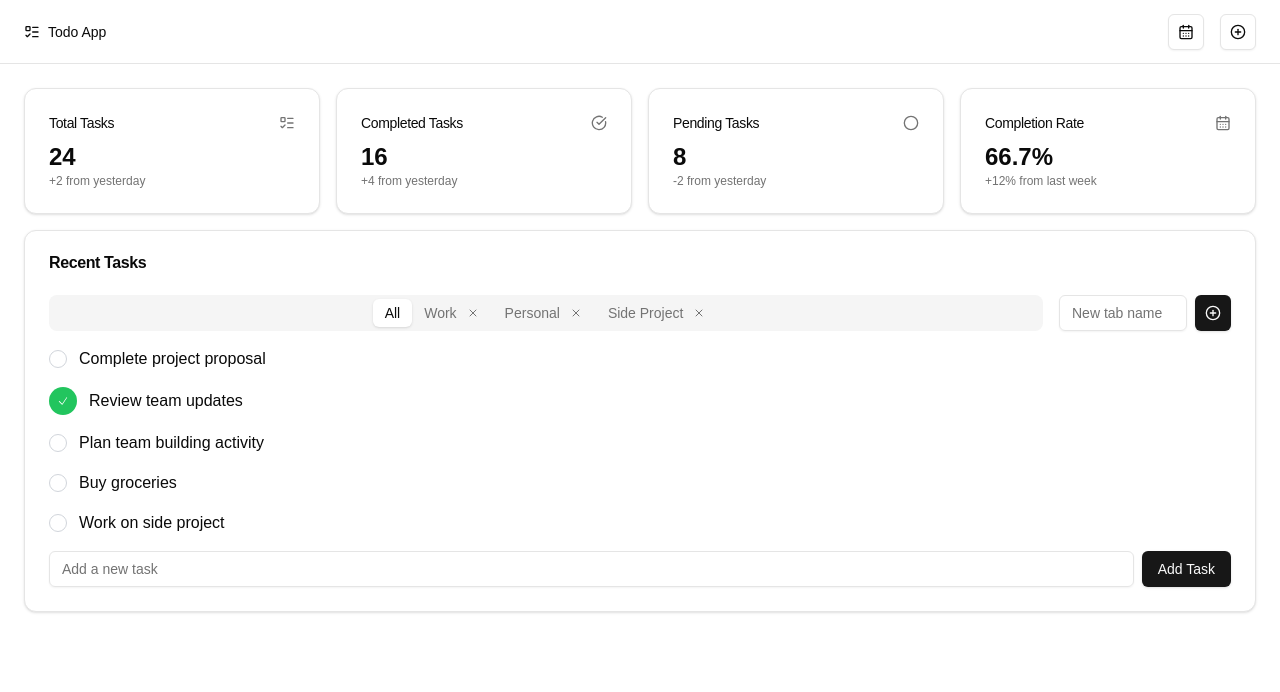
Repository: malikbarbier7/better-todo
Page: /dashboard
An editor plug-in stored every save of this project. The page is shown before and after the next save, followed by the edit.
The browser window is 1280 px wide. The pictures show the whole page.
The project was rebuilt for these pictures with package versions that can differ from the ones it lists, and the page was loaded fresh each time. The framework's server and built-in components were replaced by stand-ins that run in the browser. Also part of the build but not shown: next.config.js, next.config.mjs.

Above is the page before, as saved 2024-10-04 10:13:33.

After the next save:
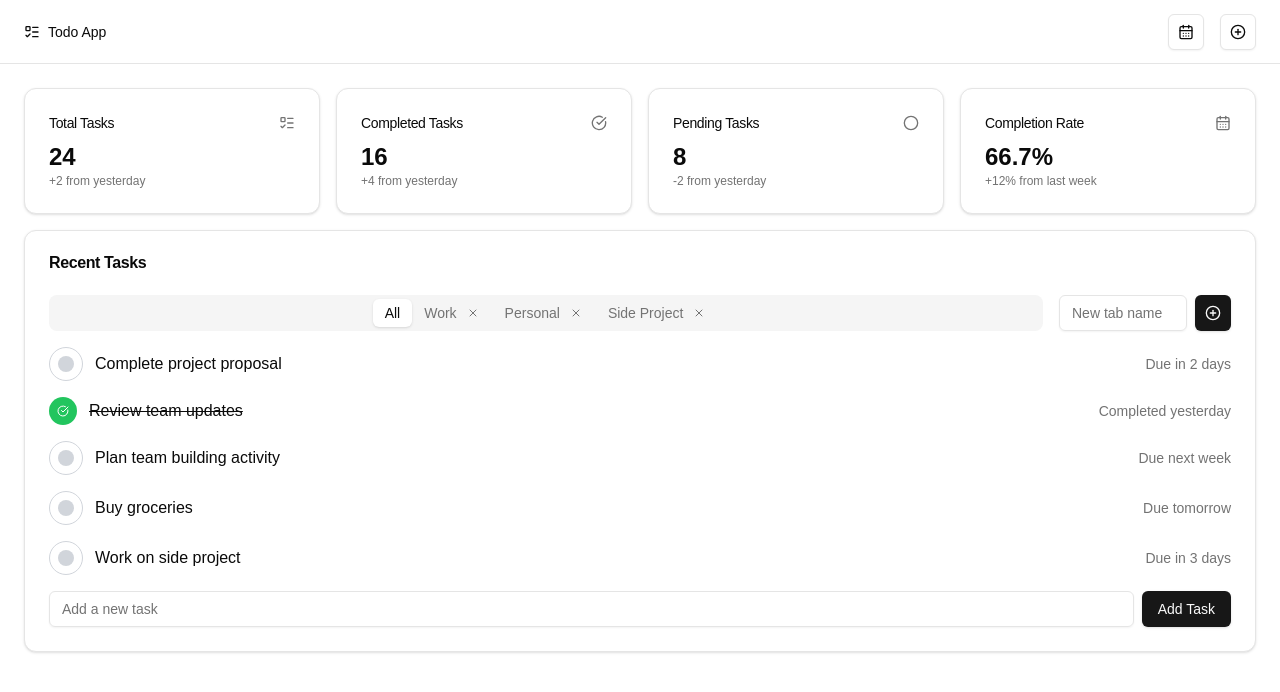
Saved 2 min 22 s later.
--- a/components/dashboard.tsx
+++ b/components/dashboard.tsx
@@ -7,7 +7,6 @@ import { Input } from "@/components/ui/input"
 import { Tabs, TabsContent, TabsList, TabsTrigger } from "@/components/ui/tabs"
 import { CalendarDays, CheckCircle, Circle, ListTodo, PlusCircle, X } from "lucide-react"
 import { Tasks } from '../types'; // Adjust the import path as needed
-import { CheckIcon } from '@heroicons/react/24/solid';
 
 export function Dashboard() {
   const [tabs, setTabs] = React.useState(['All', 'Work', 'Personal', 'Side Project'])
@@ -73,8 +72,16 @@ export function Dashboard() {
     }
   }
 
-  const handleTaskStatusChange = (taskId: string, status: 'complete' | 'incomplete') => {
-    // Implement task status change logic here
+  const handleTaskStatusChange = (taskId: string, newStatus: 'completed' | 'pending') => {
+    setTasks(prevTasks => {
+      const updatedTasks = { ...prevTasks };
+      for (const category in updatedTasks) {
+        updatedTasks[category as keyof typeof updatedTasks] = updatedTasks[category as keyof typeof updatedTasks].map(task =>
+          task.id.toString() === taskId ? { ...task, status: newStatus } : task
+        );
+      }
+      return updatedTasks;
+    });
   };
 
   return (
@@ -186,23 +193,26 @@ export function Dashboard() {
                   <div className="space-y-4">
                     {(tasks[tab as keyof typeof tasks] ?? []).map((task) => (
                       <div key={task.id} className="flex items-center">
-                        {task.status === 'completed' ? (
-                          <button
-                            className="p-2 bg-green-500 text-white rounded-full"
-                            onClick={() => handleTaskStatusChange(task.id.toString(), 'incomplete')}
-                          >
-                            <CheckIcon className="w-3 h-3" />
-                          </button>
-                        ) : (
-                          <button
-                            className="p-2 border border-gray-300 rounded-full"
-                            onClick={() => handleTaskStatusChange(task.id.toString(), 'complete')}
-                          >
-                            <span className="sr-only">Mark as complete</span>
-                          </button>
-                        )}
-                        <span className="ml-3 flex-1">{task.name}</span>
-                        {/* Other task details */}
+                        <div className="relative">
+                          {task.status === 'completed' ? (
+                            <button
+                              className="p-2 bg-green-500 text-white rounded-full"
+                              onClick={() => handleTaskStatusChange(task.id.toString(), 'incomplete')}
+                            >
+                              <CheckCircle className="w-3 h-3" />
+                            </button>
+                          ) : (
+                            <button
+                              className="p-2 border border-gray-300 rounded-full flex items-center justify-center"
+                              onClick={() => handleTaskStatusChange(task.id.toString(), 'complete')}
+                            >
+                              <div className="w-4 h-4 bg-gray-300 rounded-full"></div>
+                              <span className="sr-only">Mark as complete</span>
+                            </button>
+                          )}
+                        </div>
+                        <span className={`ml-3 flex-1 ${task.status === 'completed' ? 'line-through' : ''}`}>{task.name}</span>
+                        <span className="text-sm text-muted-foreground">{task.dueDate}</span>
                       </div>
                     ))}
                   </div>
